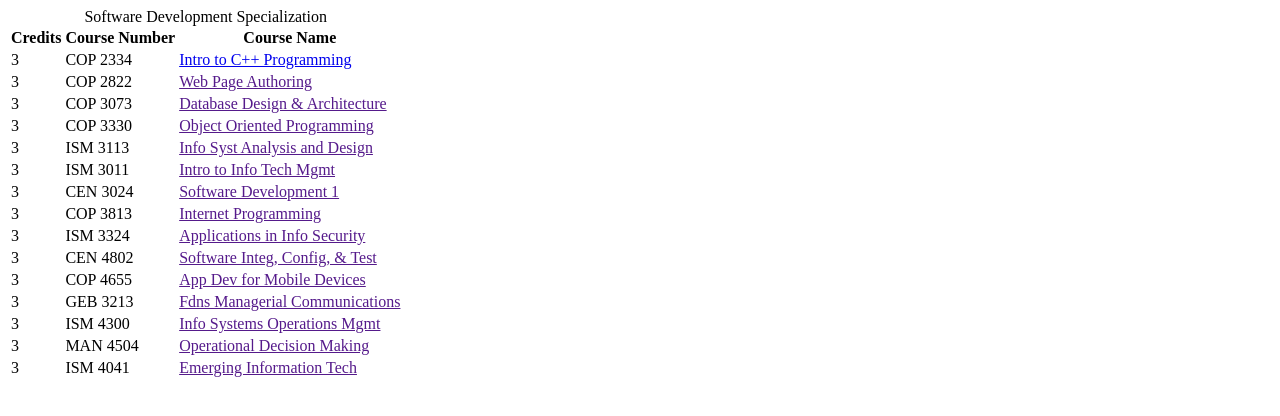
Repository: mlmEFSC21/P3-DegreeSpecializationTable
Page: index.html
An editor plug-in stored every save of this project. The page is shown before and after the next save, followed by the edit.
The browser window is 1280 px wide. The pictures show the whole page.

Above is the page before, as saved 2022-01-30 21:06:40.

After the next save:
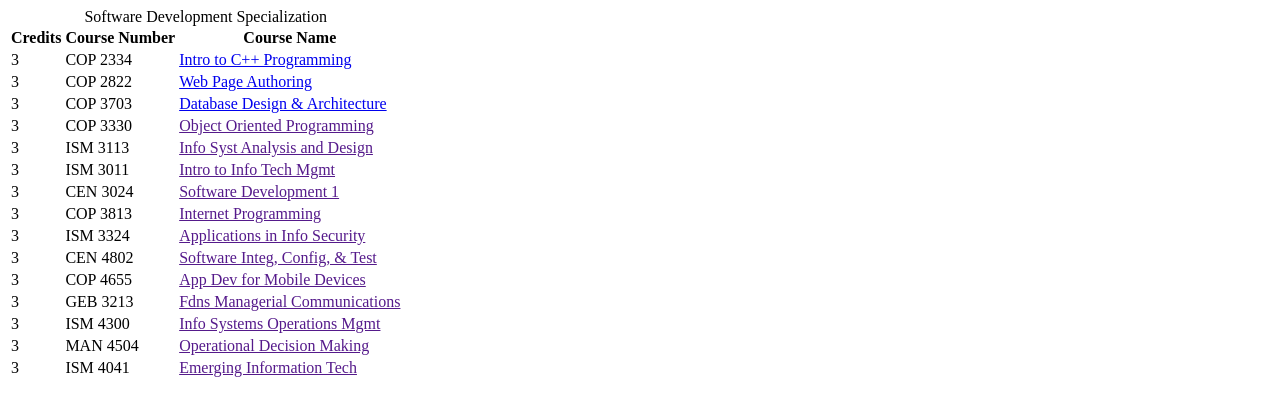
Saved 3 min 20 s later.
--- a/index.html
+++ b/index.html
@@ -28,12 +28,16 @@
             <tr>
                 <td>3</td>
                 <td>COP 2822</td>
-                <td><a href="">Web Page Authoring</a></td>
+                <td><a href="https://bit.ly/3IKludY">Web Page Authoring</a></td>
             </tr>
             <tr>
                 <td>3</td>
-                <td>COP 3073</td>
-                <td><a href="">Database Design & Architecture</a></td>
+                <td>COP 3703</td>
+                <td>
+                    <a href="https://bit.ly/3rdlmOg"
+                        >Database Design & Architecture</a
+                    >
+                </td>
             </tr>
             <tr>
                 <td>3</td>
